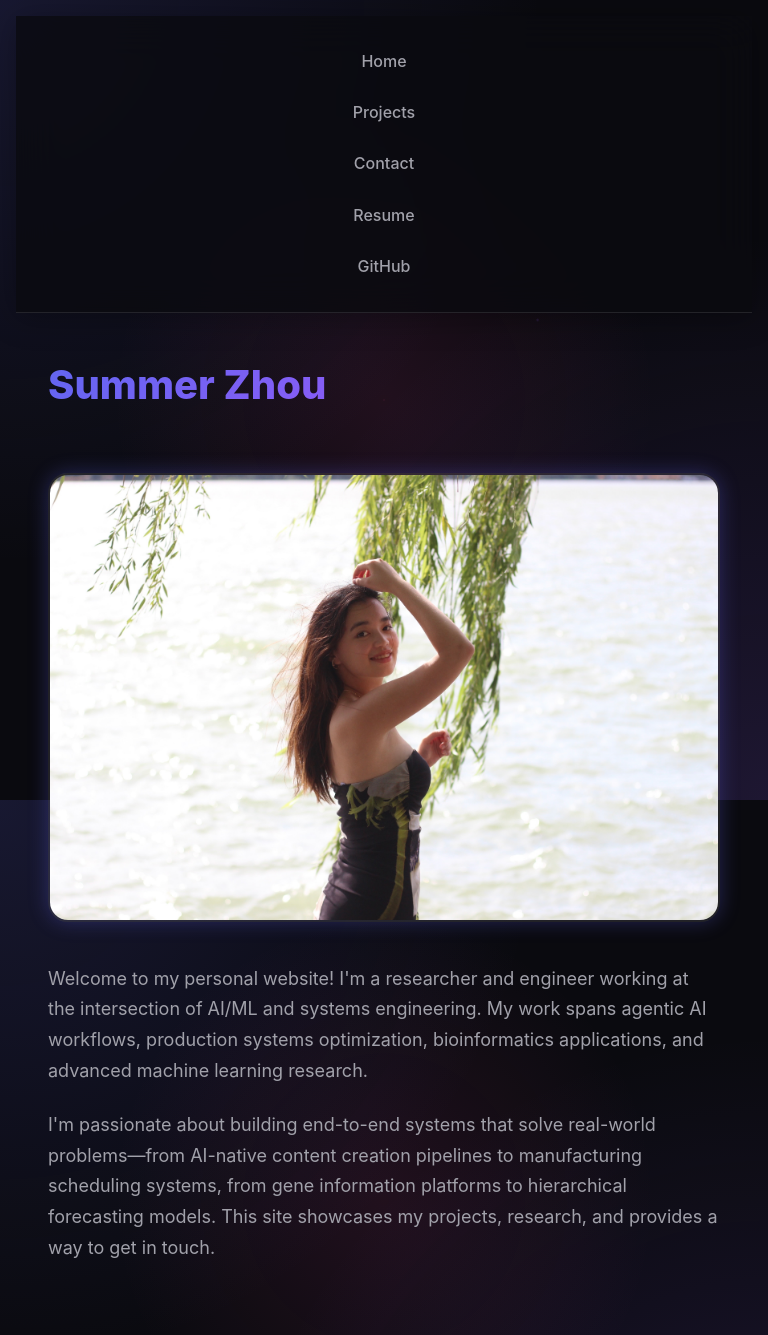
Repository: SummerZ27/personal-website
Page: index.html
These files come from the project's save history. The page is drawn as it stood at one moment and after a run of saves; the edit follows.
The browser window is 768 px wide. The pictures show the whole page.
Backgrounds fixed to the window are drawn as part of the page.

Above is the page before, as saved 2026-02-10 13:49:10.

### index.html
<!DOCTYPE html>
<html lang="en">
<head>
    <meta charset="UTF-8">
    <meta name="viewport" content="width=device-width, initial-scale=1.0">
    <title>Summer Zhou: Personal site and portfolio</title>
    <link rel="stylesheet" href="style.css">
</head>
<body>
    <nav>
        <a href="index.html">Home</a>
        <a href="projects/index.html">Projects</a>
        <a href="contact/index.html">Contact</a>
        <a href="files/resume.pdf" target="_blank">Resume</a>
        <a href="https://github.com/SummerZ27" target="_blank">GitHub</a>
    </nav>

    <main>
        <div class="header-section">
            <h1>Summer Zhou</h1>
            <img src="images/profile.png" alt="Portrait photo of Summer Zhou">
        </div>

        <p>Welcome to my personal website! I'm a researcher and engineer working at the intersection of AI/ML and systems engineering. My work spans agentic AI workflows, production systems optimization, bioinformatics applications, and advanced machine learning research.</p>

        <p>I'm passionate about building end-to-end systems that solve real-world problems—from AI-native content creation pipelines to manufacturing scheduling systems, from gene information platforms to hierarchical forecasting models. This site showcases my projects, research, and provides a way to get in touch.</p>
    </main>
</body>
</html>

### style.css
/* Modern CSS Reset & Base Styles */
* {
    margin: 0;
    padding: 0;
    box-sizing: border-box;
}

:root {
    --primary-color: #6366f1;
    --secondary-color: #8b5cf6;
    --accent-color: #ec4899;
    --bg-dark: #0a0a0f;
    --bg-card: rgba(255, 255, 255, 0.05);
    --text-primary: #ffffff;
    --text-secondary: #a1a1aa;
    --border-color: rgba(255, 255, 255, 0.1);
    --shadow-glow: 0 0 20px rgba(99, 102, 241, 0.3);
}

body {
    font-family: -apple-system, BlinkMacSystemFont, 'Segoe UI', 'Roboto', 'Oxygen', 'Ubuntu', 'Cantarell', sans-serif;
    font-size: 18px;
    line-height: 1.7;
    color: var(--text-primary);
    background: var(--bg-dark);
    background-image:
        radial-gradient(at 0% 0%, rgba(99, 102, 241, 0.15) 0px, transparent 50%),
        radial-gradient(at 100% 100%, rgba(139, 92, 246, 0.15) 0px, transparent 50%),
        radial-gradient(at 50% 50%, rgba(236, 72, 153, 0.1) 0px, transparent 50%);
    background-attachment: fixed;
    min-height: 100vh;
    padding: 0;
    margin: 0;
    overflow-x: hidden;
    scroll-behavior: smooth;
}

/* Animated background particles effect */
body::before {
    content: '';
    position: fixed;
    top: 0;
    left: 0;
    width: 100%;
    height: 100%;
    background-image:
        radial-gradient(2px 2px at 20% 30%, rgba(99, 102, 241, 0.3), transparent),
        radial-gradient(2px 2px at 60% 70%, rgba(139, 92, 246, 0.3), transparent),
        radial-gradient(1px 1px at 50% 50%, rgba(236, 72, 153, 0.3), transparent),
        radial-gradient(1px 1px at 80% 10%, rgba(99, 102, 241, 0.2), transparent),
        radial-gradient(2px 2px at 90% 80%, rgba(139, 92, 246, 0.2), transparent);
    background-size: 200% 200%;
    animation: particleMove 20s ease-in-out infinite;
    pointer-events: none;
    z-index: 0;
    opacity: 0.6;
}

@keyframes particleMove {
    0%, 100% { background-position: 0% 0%, 100% 100%, 50% 50%, 80% 10%, 90% 80%; }
    50% { background-position: 100% 0%, 0% 100%, 50% 50%, 20% 90%, 10% 20%; }
}

/* Main content wrapper */
body > * {
    position: relative;
    z-index: 1;
}

/* Navigation Styles */
nav {
    background: rgba(10, 10, 15, 0.8);
    backdrop-filter: blur(20px);
    border-bottom: 1px solid var(--border-color);
    padding: 1.5rem 2rem;
    margin-bottom: 0;
    position: sticky;
    top: 0;
    z-index: 100;
    box-shadow: 0 4px 30px rgba(0, 0, 0, 0.3);
    max-width: 100%;
}

nav a {
    display: inline-block;
    margin-right: 2rem;
    text-decoration: none;
    color: var(--text-secondary);
    font-weight: 500;
    font-size: 1rem;
    position: relative;
    transition: all 0.3s ease;
    padding: 0.5rem 0;
}

nav a::after {
    content: '';
    position: absolute;
    bottom: 0;
    left: 0;
    width: 0;
    height: 2px;
    background: linear-gradient(90deg, var(--primary-color), var(--accent-color));
    transition: width 0.3s ease;
}

nav a:hover {
    color: var(--text-primary);
    transform: translateY(-2px);
}

nav a:hover::after {
    width: 100%;
}

/* Container */
main {
    max-width: 900px;
    margin: 0 auto;
    padding: 3rem 2rem 2rem 2rem;
}

/* Typography */
h1 {
    font-size: 3.5rem;
    font-weight: 800;
    background: linear-gradient(135deg, var(--primary-color), var(--secondary-color), var(--accent-color));
    -webkit-background-clip: text;
    -webkit-text-fill-color: transparent;
    background-clip: text;
    margin-bottom: 2rem;
    animation: fadeInUp 0.8s ease;
    line-height: 1.2;
}

h2 {
    font-size: 2rem;
    font-weight: 700;
    color: var(--text-primary);
    margin-bottom: 1rem;
    background: linear-gradient(135deg, var(--primary-color), var(--accent-color));
    -webkit-background-clip: text;
    -webkit-text-fill-color: transparent;
    background-clip: text;
}

h3 {
    font-size: 1.5rem;
    font-weight: 600;
    color: var(--text-primary);
    margin-bottom: 0.75rem;
}

p {
    color: var(--text-secondary);
    margin-bottom: 1.5rem;
    animation: fadeIn 1s ease;
}

/* Image Styles */
img {
    max-width: 300px;
    height: auto;
    border-radius: 20px;
    box-shadow: var(--shadow-glow);
    margin: 2rem 0;
    transition: all 0.4s ease;
    border: 2px solid var(--border-color);
    animation: fadeInScale 1s ease;
}

img:hover {
    transform: scale(1.05) rotate(2deg);
    box-shadow: 0 0 40px rgba(99, 102, 241, 0.5);
}

/* Section Styles */
section {
    background: var(--bg-card);
    backdrop-filter: blur(10px);
    border: 1px solid var(--border-color);
    border-radius: 20px;
    padding: 2.5rem;
    margin-bottom: 2rem;
    transition: all 0.4s ease;
    position: relative;
    overflow: hidden;
    animation: fadeInUp 0.6s ease;
}

section::before {
    content: '';
    position: absolute;
    top: 0;
    left: -100%;
    width: 100%;
    height: 100%;
    background: linear-gradient(90deg, transparent, rgba(99, 102, 241, 0.1), transparent);
    transition: left 0.5s ease;
}

section:hover {
    transform: translateY(-5px);
    border-color: var(--primary-color);
    box-shadow: 0 10px 40px rgba(99, 102, 241, 0.2);
}

section:hover::before {
    left: 100%;
}

section h2 {
    margin-top: 0;
}

/* Article Styles */
article {
    margin-bottom: 2rem;
    padding: 1.5rem;
    background: rgba(255, 255, 255, 0.02);
    border-radius: 15px;
    border-left: 3px solid var(--primary-color);
    transition: all 0.3s ease;
}

article:hover {
    background: rgba(255, 255, 255, 0.05);
    transform: translateX(5px);
}

/* List Styles */
ul {
    list-style: none;
    padding-left: 0;
}

ul li {
    padding: 0.75rem 0;
    padding-left: 1.5rem;
    position: relative;
    color: var(--text-secondary);
}

ul li::before {
    content: '▹';
    position: absolute;
    left: 0;
    color: var(--primary-color);
    font-weight: bold;
}

/* Form Styles */
form {
    background: var(--bg-card);
    backdrop-filter: blur(10px);
    border: 1px solid var(--border-color);
    border-radius: 20px;
    padding: 2.5rem;
    margin-top: 2rem;
    animation: fadeInUp 0.6s ease;
}

label {
    display: block;
    margin-bottom: 1.5rem;
    color: var(--text-primary);
    font-weight: 500;
    font-size: 1rem;
}

input[type="email"],
input[type="text"],
textarea {
    width: 100%;
    padding: 1rem;
    margin-top: 0.5rem;
    background: rgba(255, 255, 255, 0.05);
    border: 2px solid var(--border-color);
    border-radius: 10px;
    color: var(--text-primary);
    font-size: 1rem;
    font-family: inherit;
    transition: all 0.3s ease;
}

input[type="email"]:focus,
input[type="text"]:focus,
textarea:focus {
    outline: none;
    border-color: var(--primary-color);
    background: rgba(255, 255, 255, 0.08);
    box-shadow: 0 0 20px rgba(99, 102, 241, 0.3);
    transform: translateY(-2px);
}

textarea {
    min-height: 150px;
    resize: vertical;
}

button {
    background: linear-gradient(135deg, var(--primary-color), var(--secondary-color));
    color: white;
    border: none;
    padding: 1rem 2.5rem;
    font-size: 1.1rem;
    font-weight: 600;
    border-radius: 10px;
    cursor: pointer;
    transition: all 0.3s ease;
    box-shadow: 0 4px 15px rgba(99, 102, 241, 0.4);
    text-transform: uppercase;
    letter-spacing: 1px;
}

button:hover {
    transform: translateY(-3px);
    box-shadow: 0 6px 25px rgba(99, 102, 241, 0.6);
    background: linear-gradient(135deg, var(--secondary-color), var(--accent-color));
}

button:active {
    transform: translateY(-1px);
}

/* Time element */
time {
    color: var(--accent-color);
    font-weight: 500;
    font-style: normal;
}

/* Animations */
@keyframes fadeIn {
    from {
        opacity: 0;
    }
    to {
        opacity: 1;
    }
}

@keyframes fadeInUp {
    from {
        opacity: 0;
        transform: translateY(30px);
    }
    to {
        opacity: 1;
        transform: translateY(0);
    }
}

@keyframes fadeInScale {
    from {
        opacity: 0;
        transform: scale(0.9);
    }
    to {
        opacity: 1;
        transform: scale(1);
    }
}

/* Stagger animations for sections */
section:nth-child(1) { animation-delay: 0.1s; }
section:nth-child(2) { animation-delay: 0.2s; }
section:nth-child(3) { animation-delay: 0.3s; }
section:nth-child(4) { animation-delay: 0.4s; }

/* Responsive Design */
@media (max-width: 768px) {
    body {
        padding: 1rem;
    }

    nav {
        padding: 1rem;
        text-align: center;
    }

    nav a {
        display: block;
        margin: 0.5rem 0;
        margin-right: 0;
    }

    h1 {
        font-size: 2.5rem;
    }

    h2 {
        font-size: 1.5rem;
    }

    section {
        padding: 1.5rem;
    }

    img {
        max-width: 100%;
    }
}

/* Scrollbar Styling */
::-webkit-scrollbar {
    width: 10px;
}

::-webkit-scrollbar-track {
    background: var(--bg-dark);
}

::-webkit-scrollbar-thumb {
    background: linear-gradient(180deg, var(--primary-color), var(--accent-color));
    border-radius: 5px;
}

::-webkit-scrollbar-thumb:hover {
    background: linear-gradient(180deg, var(--secondary-color), var(--primary-color));
}

After the next 2 saves:
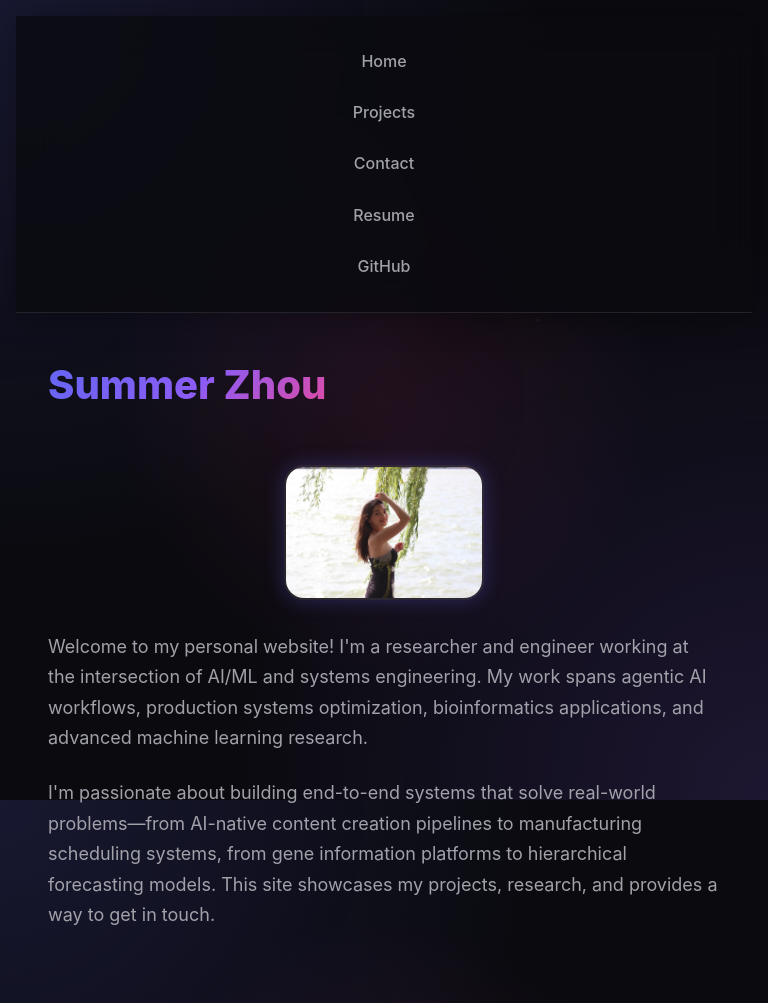
The 2 saves are shown as one change because they came seconds apart.
The last was saved 4 s later.
--- a/style.css
+++ b/style.css
@@ -120,6 +120,16 @@ main {
     padding: 3rem 2rem 2rem 2rem;
 }
 
+/* Header Section */
+.header-section {
+    display: flex;
+    align-items: center;
+    justify-content: space-between;
+    gap: 2rem;
+    margin-bottom: 2rem;
+    flex-wrap: wrap;
+}
+
 /* Typography */
 h1 {
     font-size: 3.5rem;
@@ -128,9 +138,11 @@ h1 {
     -webkit-background-clip: text;
     -webkit-text-fill-color: transparent;
     background-clip: text;
-    margin-bottom: 2rem;
+    margin-bottom: 0;
     animation: fadeInUp 0.8s ease;
     line-height: 1.2;
+    flex: 1;
+    min-width: 300px;
 }
 
 h2 {
@@ -159,14 +171,20 @@ p {
 
 /* Image Styles */
 img {
-    max-width: 300px;
+    max-width: 250px;
+    width: 100%;
     height: auto;
     border-radius: 20px;
     box-shadow: var(--shadow-glow);
-    margin: 2rem 0;
+    margin: 0;
     transition: all 0.4s ease;
     border: 2px solid var(--border-color);
     animation: fadeInScale 1s ease;
+    flex-shrink: 0;
+}
+
+.header-section img {
+    max-width: 200px;
 }
 
 img:hover {
@@ -385,8 +403,19 @@ section:nth-child(4) { animation-delay: 0.4s; }
         margin-right: 0;
     }
 
+    .header-section {
+        flex-direction: column;
+        align-items: flex-start;
+    }
+
     h1 {
         font-size: 2.5rem;
+        margin-bottom: 1.5rem;
+    }
+
+    .header-section img {
+        max-width: 200px;
+        align-self: center;
     }
 
     h2 {
